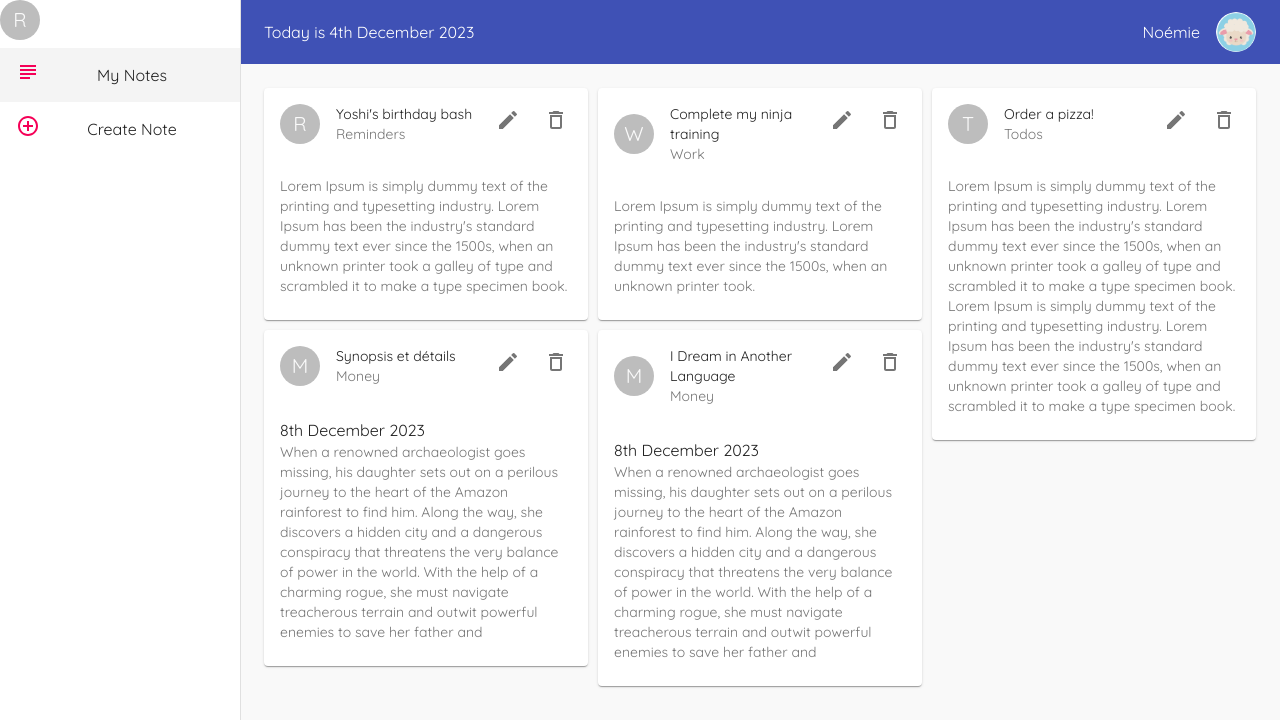
Repository: noemiepham/noemieblognote
Page: /
An editor plug-in stored every save of this project. The page is shown before and after the next save, followed by the edit.
The browser window is 1280 px wide. The pictures show the whole page.
The project was rebuilt for these pictures with package versions that can differ from the ones it lists, and the page was loaded fresh each time. Requests to the local data server were answered from the project's data file. Also part of the build but not shown: src/pages/Create.js.

Above is the page before, as saved 2023-12-08 15:26:32.
Not found: assets/NoemieBlog.png

After the next save:
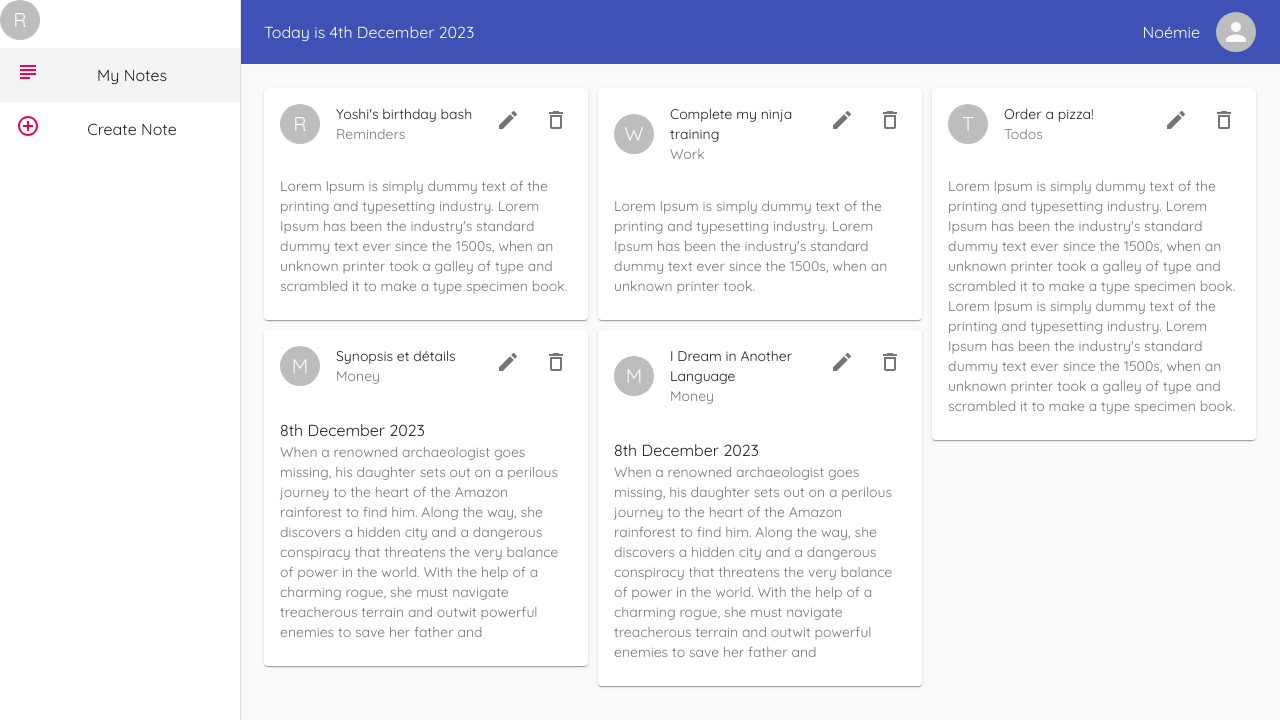
Not found: assets/sheep.png
Saved 82 s later.
--- a/src/pages/Layout.js
+++ b/src/pages/Layout.js
@@ -69,7 +69,7 @@
             Today is {format(new Date(), "do MMMM Y")}
           </Typography>
           <Typography>Noémie</Typography>
-          <Avatar src="sheep.png" className={classes.avatar} />
+          <Avatar src="../assets/sheep.png" className={classes.avatar} />
         </Toolbar>
       </AppBar>
       {/* side drawer */}

After the save that followed:
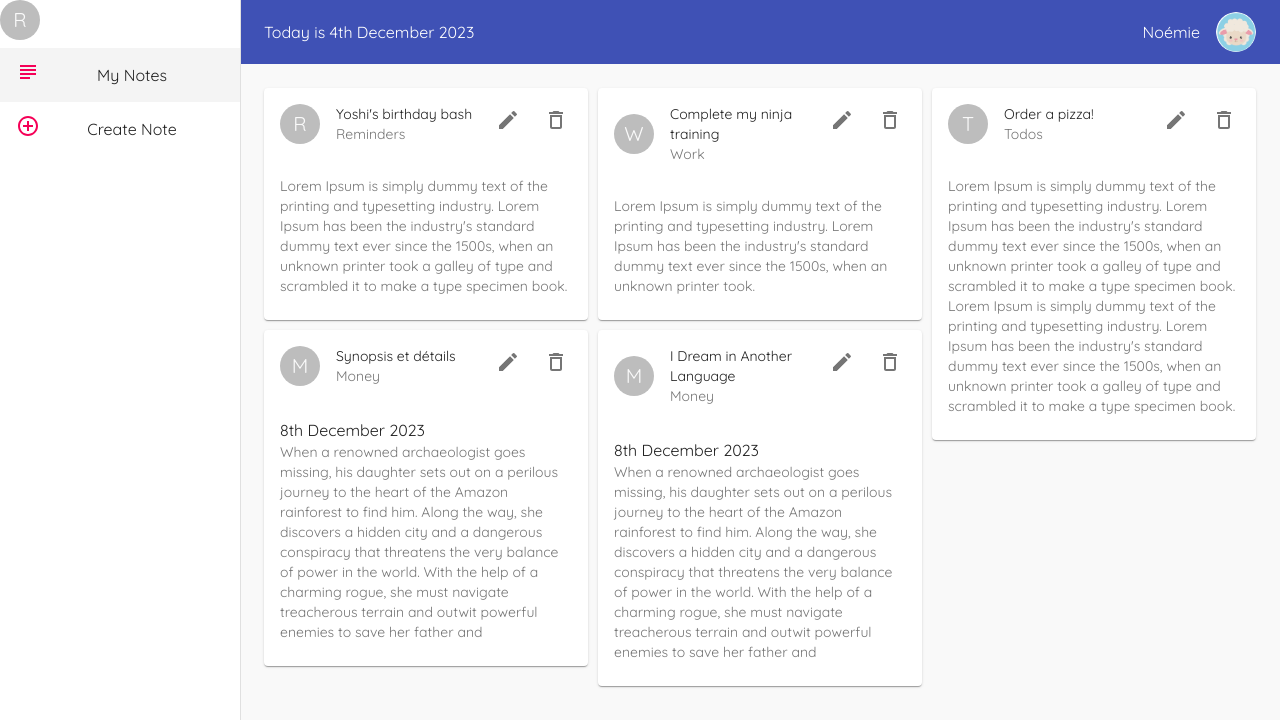
Saved 20 s later.
--- a/src/pages/Layout.js
+++ b/src/pages/Layout.js
@@ -69,7 +69,7 @@
             Today is {format(new Date(), "do MMMM Y")}
           </Typography>
           <Typography>Noémie</Typography>
-          <Avatar src="../assets/sheep.png" className={classes.avatar} />
+          <Avatar src="sheep.png" className={classes.avatar} />
         </Toolbar>
       </AppBar>
       {/* side drawer */}
